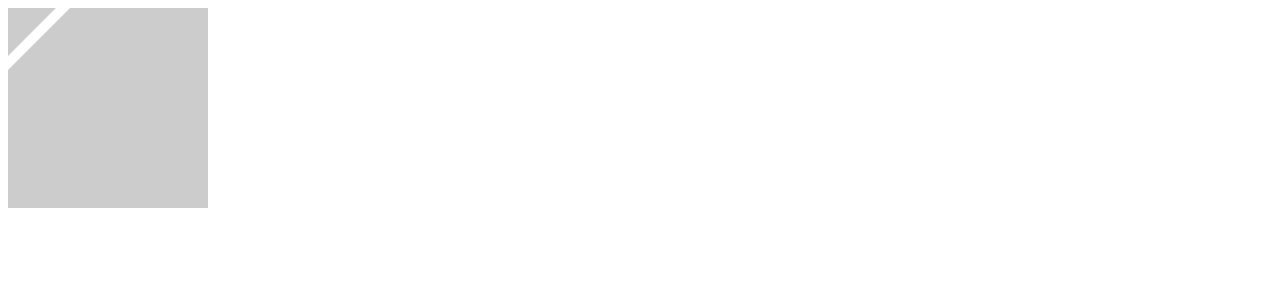
Repository: yaoxin1996/All-kinds-of-practice
Page: html/index.html
An editor plug-in stored every save of this project. The page is shown before and after the next save, followed by the edit.
The browser window is 1280 px wide. The pictures show the whole page.

Above is the page before, as saved 2022-05-22 10:03:03.

### html/index.html
<!DOCTYPE html>
<html lang="en">
<head>
  <meta charset="UTF-8">
  <meta http-equiv="X-UA-Compatible" content="IE=edge">
  <meta name="viewport" content="width=device-width, initial-scale=1.0">
  <title>Document</title>
</head>
<style>
  .box {

  }
  .inner {
    width: 200px;
    height: 200px;
    background: #ccc;
    position: relative;
  }
  .inner::after {
    content: '';
    width: 10px;
    height: 300px;
    transform: rotate(45deg);
    background-color: #fff;
    position: absolute;
    top: -100px;
  }

</style>
<body>
  <div class="box">
    <div class="inner"></div>
  </div>
</body>
</html>

After the next save:
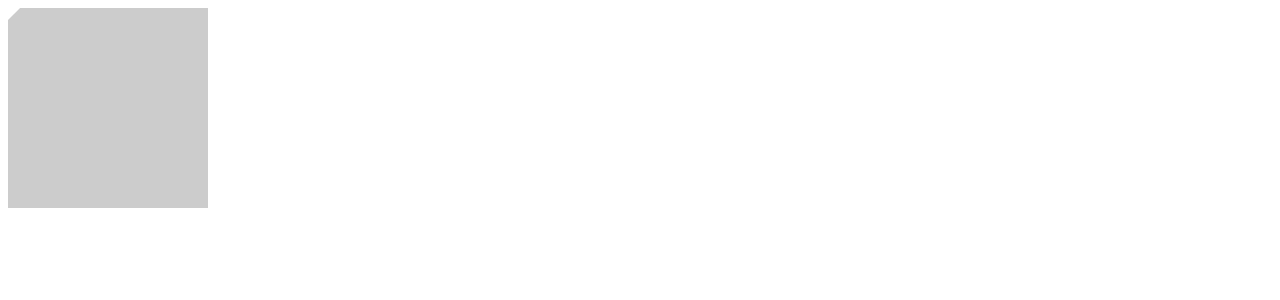
Saved 12 s later.
--- a/html/index.html
+++ b/html/index.html
@@ -24,6 +24,7 @@
     background-color: #fff;
     position: absolute;
     top: -100px;
+    left: -50px;
   }
 
 </style>
